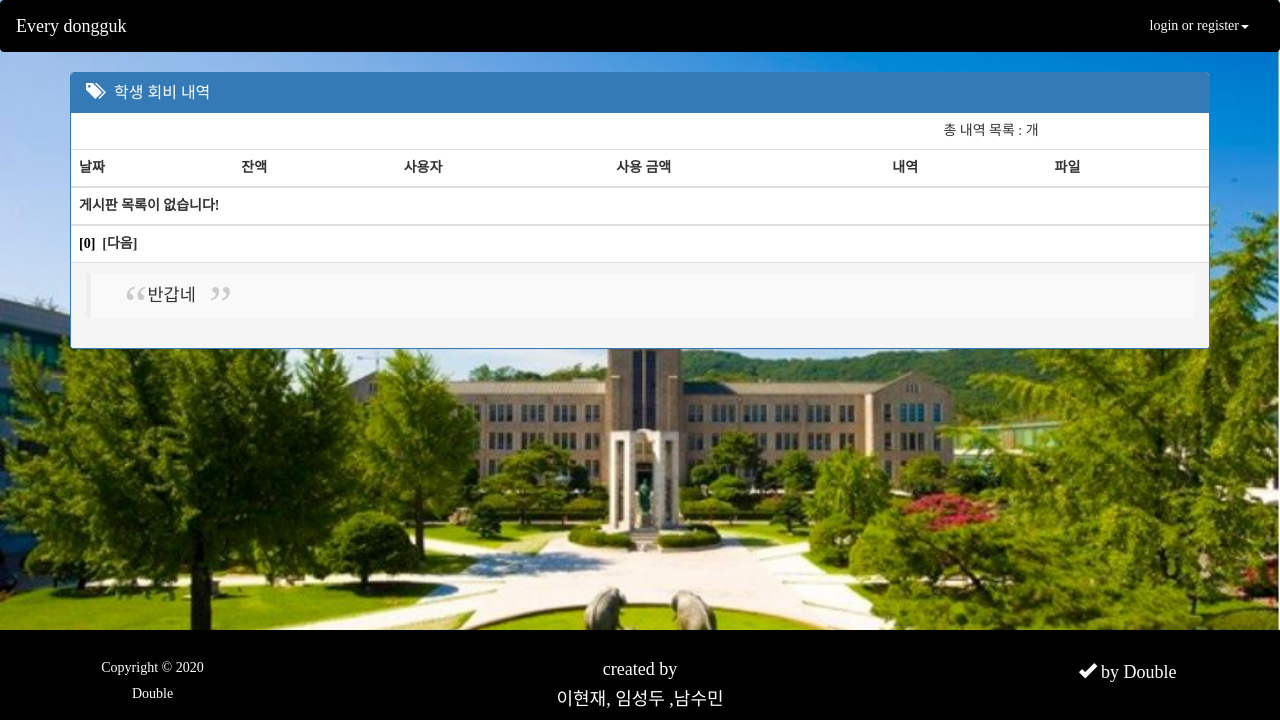
Repository: CSID-DGU/2020-1-ESCD-DOUBLE
Page: http://localhost/web/WEB-INF/views/bank/blistall.jsp
These files come from the project's save history. The page is drawn as it stood at one moment and after the next save; the edit follows.
The browser window is 1280 px wide. The pictures show the whole page.
Some web fonts or font styles are not loaded; a fallback is used. Some web libraries are served in a nearby version. The page is served by Tomcat 9. Nobody is signed in. Other server files are loaded and not shown. The template is opened directly, without the code that normally fills it, so the values that code supplies are empty.

Above is the page before, as saved 2020-05-14 16:22:14.

### web/src/main/webapp/WEB-INF/views/bank/blistall.jsp
<%@ page language="java" contentType="text/html; charset=EUC-KR"
    pageEncoding="EUC-KR"%>
    <%@ taglib prefix="c" uri="http://java.sun.com/jsp/jstl/core"%>
<!DOCTYPE html>
<html>
<head>
<link rel="stylesheet" href="resources/css/bootstrap.css">
<link rel="stylesheet" href="resources/css/customize.css">
<link rel="stylesheet" href="resources/css/template.css">
<script src="https://code.jquery.com/jquery-3.1.1.min.js"></script>
<script src="resources/js/bootstrap.js"></script>

<meta charset="EUC-KR">
<title>Insert title here</title>
<style>

blockquote{
background:#f9f9f9;
border-left:10px solid #cccccc;
margin: 1.5em 10px;
padding: 0.5em 10px;
quotes: "\201C""\201D""\2018""\2019"
}
blockquote:before{
color:#cccccc;
content:open-quote;
font-size:3em;
line-height:0.1em;
margin-left:0.25em;
vertical-align:-0.4em;
}
blockquote:after{
color:#cccccc;
content:close-quote;
font-size:3em;
line-height:0.1em;
margin-left:0.25em;
vertical-align:-0.4em;
}


</style>
</head>

<body class="body">

<%@include file="../template/header.jsp"%>
<div class="container">
	<div class="row">
		<div class="col-xs-12">
		<div class="panel panel-primary">
		<div class="panel-heading">
			<h3 class="panel-title">
				<span class="glyphicon glyphicon-tags"></span>
				&nbsp;&nbsp;학생 회비 내역
			</h3>
		</div>

		<table class="table">
			<thead>
			  <tr>
  				<td colspan="5" align="right"> 총 내역 목록 : <b>${totalCount }</b>개
  			</tr>
			<tr>
			<th>날짜</th>	<th>잔액</th>	<th>사용자</th>	<th>사용 금액</th><th>내역</th><th>파일</th>
			</tr>
			</thead>
			<tbody>
	  <c:if test="${!empty bl }">
   <c:forEach var= "list" items="${bl }">
   <tr>
    <th>${list.getBdate() }</th><input type="hidden" name="Bdate">
    <th>${list.getBrest() }</th><input type="hidden" name="Brest">
    <th>${list.getBuser() }</th><input type="hidden" name="Buser">
    <th>${list.getBinout() }</th><input type="hidden" name="Binout">
    <th>${list.getBmemo() }</th><input type="hidden" name="Bmemo">
    <th><a href="/web/downloadFile?fname=${list.getFname() }  ">${list.getFname() }  </a><br>


    </th>
  </tr></c:forEach></c:if>

    <c:if test="${empty bl }">
  <tr>
   <th colspan="5">게시판 목록이 없습니다!</th></tr></c:if>
			</tbody>
	<center><tr>
   		<th colspan="5">
   			<c:if test="${page<=1 }">
   				[이전]&nbsp;
   			</c:if>
   			<c:if test="${page>1 }">
   				<a href="/web/blistall?page=${page-1 }">[이전]</a>&nbsp;
   			</c:if>

   			<%--현재쪽 번호 출력 --%>
   			<c:forEach var="a" begin="${startpage }" end="${endpage }" step="1">
   				<c:if test="${a==page }"><%--현재 쪽번호가 선택된 경우는 링크 없어도됨 --%>
   					 <${a }>
   				</c:if>
   				<c:if test="${a!=page}">
   					<a href="/web/blistall?page=${a }">[${a }]</a>&nbsp;

   				</c:if>
   			</c:forEach>
   			<c:if test="${page>=endpage }"><!-- maxpage =>endpage로바꾸면..? -->
   			[다음]
   			</c:if>
   			<c:if test="${page<endpage }">
   			<a href="/web/blistall?page=${page+1 }">[다음]</a>
   			</c:if>

   		</th>
   </tr></center>
		</table>
			<div class="panel-footer">
					<blockquote>반갑네</blockquote>
			</div>

		</div></div>
	</div>
</div>

<div class="footer">
<%@include file="../template/footer.jsp"%></div>
</body>
</html>

### web/src/main/webapp/WEB-INF/views/template/header.jsp
<%@ page language="java" contentType="text/html; charset=EUC-KR"
    pageEncoding="EUC-KR"%>
<!DOCTYPE html>
<html>
<head>
<meta charset="EUC-KR">
<title>Insert title here</title>
<link rel="stylesheet" href="resources/css/bootstrap.css">
<link rel="stylesheet" href="resources/css/customize.css">
</head>
<body>
<script src="https://code.jquery.com/jquery-3.1.1.min.js"></script>
<script src="resources/js/bootstrap.js"></script>
<%@taglib prefix= "c" uri= "http://java.sun.com/jsp/jstl/core" %>
<nav class="navbar navbar-default">
	<div class="container-fluid">

		<div class="navbar-header">
			<button type="button" class="navbar-toggle collapsed" data-toggle="collapse"
			data-target="#bs-example-navbar-collapse-1" aria-expanded="false"><!-- 크기를 줄였을때 나타나는 버튼 -->
				<span class="sr-only"></span>
				<span class="icon-bar"></span>
				<span class="icon-bar"></span>
				<span class="icon-bar"></span>
			</button>
			<a class="navbar-brand" href="index">Every dongguk</a>
		</div>

		<div class="collapse navbar-collapse" id="bs-example-navbar-collapse-1"><!-- 네비 중간 대부분을 차지함 -->

			<ul class="nav navbar-nav navbar-right">
				<li class="dropdown">
					<a href="#" class="dropdown-toggle" data-toggle="dropdown" role="button"
					aria-haspopup="true" aria-expanded="false"><c:if test="${empty Sid }">login or register</c:if><c:if test="${not empty Sid }">${Sid } 님 환영합니다.</c:if><span class="caret"></span></a>
					<ul class="dropdown-menu">

					<c:choose>
					<c:when test="${empty Sid }">
						<li><a href="login_form">로그인</a></li>
						<li><a href="register_form">회원가입</a></li>
					</c:when>
					<c:otherwise>
						<li><a href="logout">로그아웃</a></li>
						<li><a href="mypage">마이페이지(${Sid})</a></li>
						</c:otherwise>
						</c:choose>

					</ul>

				</li>
			</ul>

		</div>
	</div>
</nav>



</body>
</html>

### web/src/main/webapp/WEB-INF/views/template/footer.jsp
<%@ page language="java" contentType="text/html; charset=EUC-KR"
    pageEncoding="EUC-KR"%>
<!DOCTYPE html>
<html>
<head>
<meta charset="EUC-KR">
<title>Insert title here</title>
<link rel="stylesheet" href="resources/css/bootstrap.css">
<link rel="stylesheet" href="resources/css/customize.css">

</head>
<body>
<script src="https://code.jquery.com/jquery-3.1.1.min.js"></script>
<script src="resources/js/bootstrap.js"></script>

<style type="text/css">
#footul ,#footul2{
color:white;}
#footul:hover ,#footul2:hover{

background-color:black;


}
#footul:focus,#footul2:hover{
background-color:black;}

</style>

<footer style="background-color: #000000;color:#ffffff">
	<div class="container">
		<br>
		<div class="row">
			<div class="col-sm-2" style="text-align: center;"><h5>Copyright &copy; 2020</h5><h5>Double </h5></div>
			<div class="col-sm-8"><h4>created by<h4><p>이현재, 임성두 ,남수민</p></div>

			<div class="col-sm-2"><h4 style="text-align:center;"><span class="glyphicon glyphicon-ok"></span>&nbsp;by Double</h4></div>
	</div>


</div>
</footer>


</body>
</html>

### web/src/main/webapp/resources/css/customize.css
@import url(http://fonts.googleapis.com/earlyaccess/nanumgothic.css);
*{font-family:'Nanum Gothic';}
a{
	color:#000000;
	text-decoration:none;
}
a:hover{
	color:#bbbbbb;
	text-decoration:none;
	cursor:pointer;
}
.navbar-default{/*까만색!*/
	background-color:#000000;
	border-color:#000000;
}
.navbar-default .navbar-brand{
	color:#ffffff;/*하얀색!*/
}
.navbar-default .navbar-brand:hover,
.navbar-default .navbar-brand:focus{
	background-color:transparent;
	color:#bbbbbb;
}
.navbar-default .navbar-nav> .active>a,
.navbar-default .navbar-nav> .active>a:hover,
.navbar-default .navbar-nav> .active>a:focus{
	color:white;
	background-color:#000000;
}
.navbar-default .navbar-nav> li>a:hover,
.navbar-default .navbar-nav> li>a:focus{
	color:#bbbbbb;
}
.navbar-default .navbar-nav> .open>a,
.navbar-default .navbar-nav> .open>a:hover,
.navbar-default .navbar-nav> .open>a:focus{
	color:#000000;
	background-color:#ffffff;
	text-decoration:none;
}
.navbar-default .navbar-nav>li>a{
	color:white;
}
@media(max-width:767px){
	.navbar-default .navbar-nav .open .dropdown-menu>li>a{
	color:#ffffff;}
	.navbar-default .navbar-nav .open .dropdown-menu>li>a:hover,
	.navbar-default .navbar-nav .open .dropdown-menu>li>a:focus{
	color:#bbbbbb;}

}

### web/src/main/webapp/resources/css/template.css
@charset "UTF-8";

.footer {

position: absolute;
left: 0;
bottom: 0;
width: 100%;
text-align: center;
color: white;
}
.body {
		background-image : url('../images/dgu.JPG');
		background-repeat : no-repeat;
		background-size : cover;


}

Loaded but not shown: web/src/main/webapp/resources/css/bootstrap.css (library); web/src/main/webapp/resources/js/bootstrap.js (library)

After the next save:
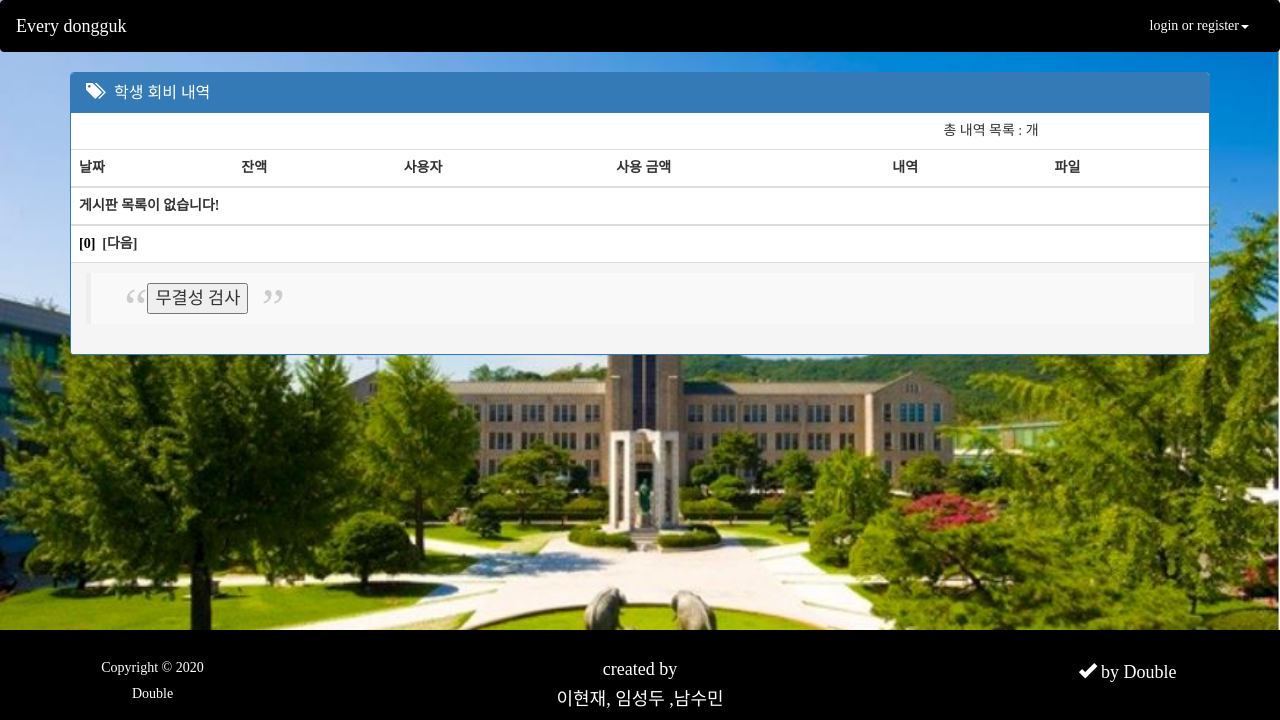
Saved 46 h 48 min later.
--- a/web/src/main/webapp/WEB-INF/views/bank/blistall.jsp
+++ b/web/src/main/webapp/WEB-INF/views/bank/blistall.jsp
@@ -53,6 +53,7 @@ vertical-align:-0.4em;
 			<h3 class="panel-title">
 				<span class="glyphicon glyphicon-tags"></span>
 				&nbsp;&nbsp;학생 회비 내역
+
 			</h3>
 		</div>
 
@@ -113,8 +114,9 @@ vertical-align:-0.4em;
    		</th>
    </tr></center>
 		</table>
-			<div class="panel-footer">
-					<blockquote>반갑네</blockquote>
+			<div class="panel-footer"><form action="" method="post">
+					<blockquote><input type="submit" value="무결성 검사" name="recog"></blockquote>
+					</form>
 			</div>
 
 		</div></div>
